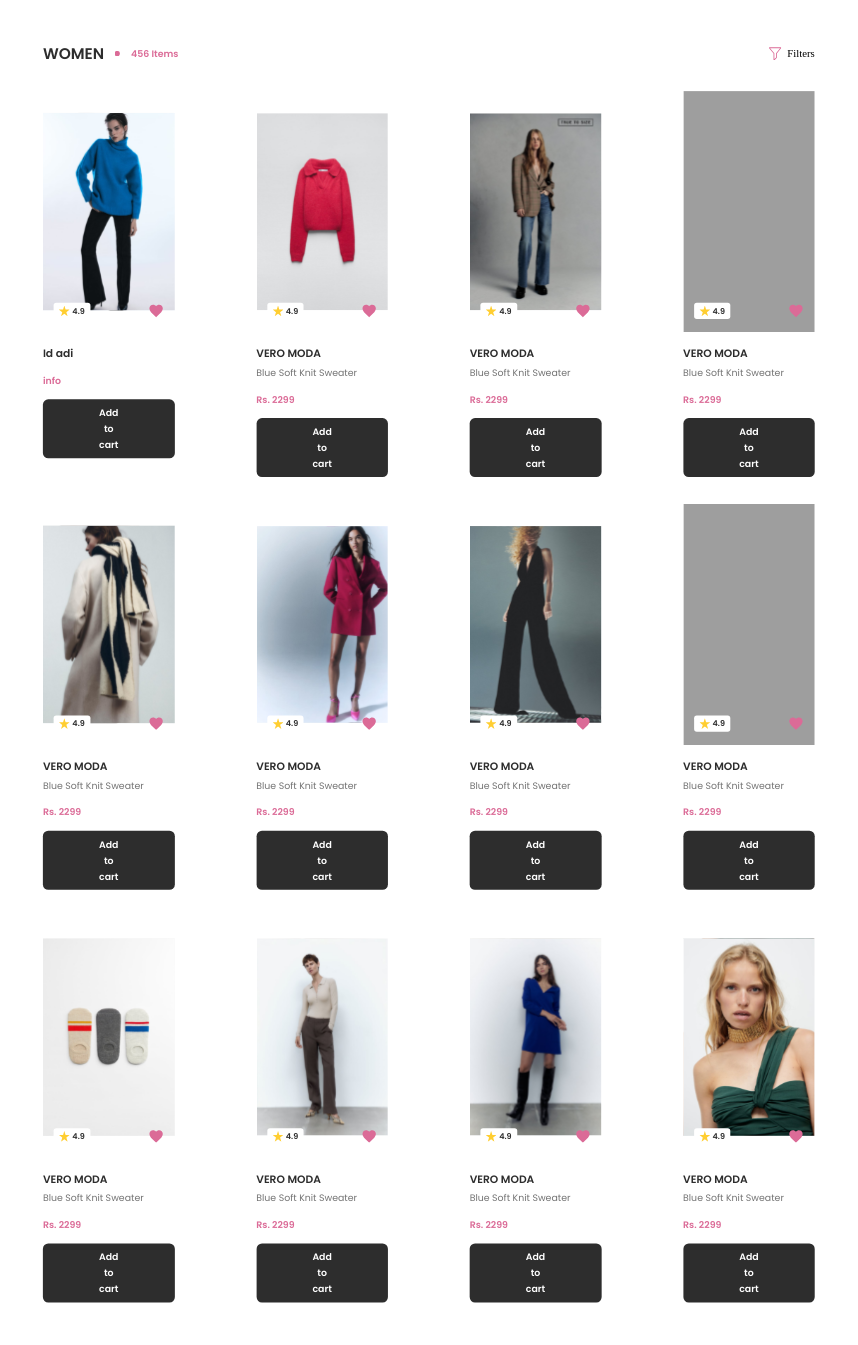
Repository: NatiqSamiyev/E-commerce-vebsite
Page: pages/shopPage/index.html
These files come from the project's save history. The page is drawn as it stood at one moment and after a run of saves; the edit follows.
The browser window is 1280 px wide. The pictures show the whole page, at 67% of full size.
Pictures or frames that could not be fetched are drawn as grey boxes. Some web fonts or font styles are not loaded; a fallback is used. The style sheet was rebuilt from its Sass, Less or Tailwind sources for each picture, by a compiler version that may differ from the author's.

Above is the page before, as saved 2023-12-09 11:33:32.

After the next 3 saves:
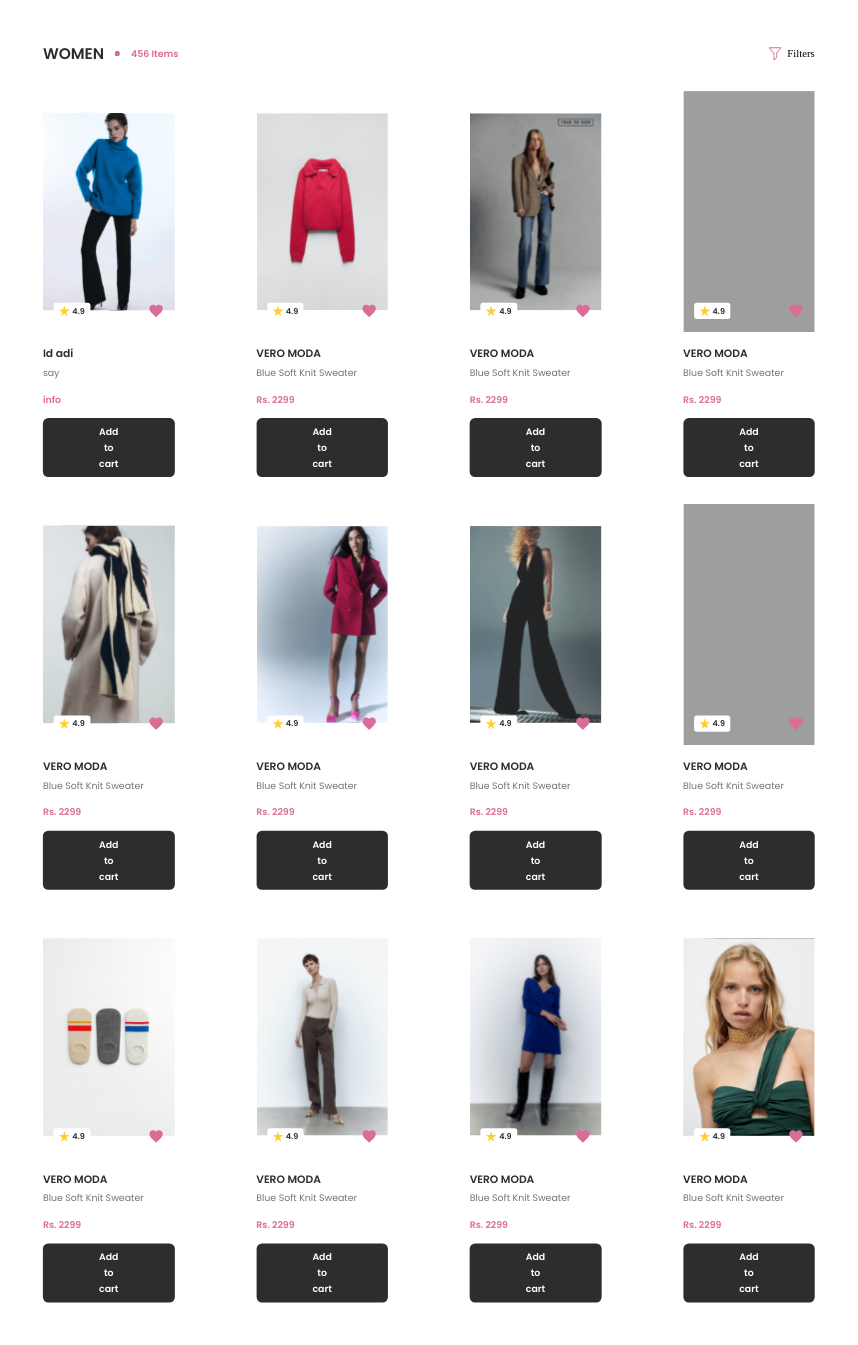
The 3 saves are shown as one change because they came seconds apart.
The last was saved 27 s later.
--- a/pages/shopPage/index.html
+++ b/pages/shopPage/index.html
@@ -45,7 +45,7 @@
           </div>
 
           <h2><span>Id</span> adi </h2>
-          <h3></h3>
+          <h3>say</h3>
           <h4>info</h4>
 
           <button>
